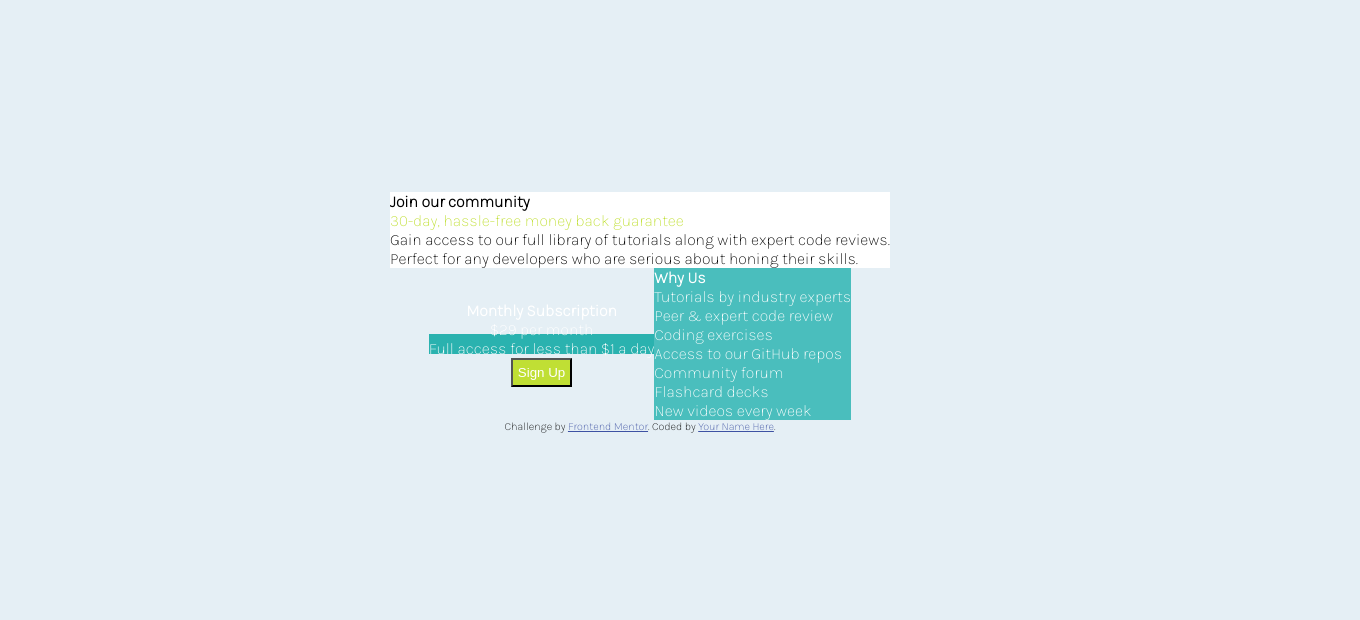
Repository: jminervino/PriceGridComponent
Page: index.html
The author's editor kept a copy of each file at every save. The page is drawn from the files as they stood at one save, then again after a run of saves.
The browser window is 1280 px wide. The page is 1360 px wide, so the pictures cover 1360 px, including what lies to the right of the window. The pictures show the whole page.

Above is the page before, as saved 2022-02-06 00:19:33.

### index.html
<!DOCTYPE html>
<html lang="en">
<head>
  <meta charset="UTF-8">
  <meta name="viewport" content="width=device-width, initial-scale=1.0"> <!-- displays site properly based on user's device -->

  <link rel="icon" type="image/png" sizes="32x32" href="./images/favicon-32x32.png">
  <link rel="stylesheet" href="style.css">

  <title>Frontend Mentor | Single Price Grid Component</title>

  <!-- Feel free to remove these styles or customise in your own stylesheet 👍 -->
  <style>
    .attribution { font-size: 11px; text-align: center; }
    .attribution a { color: hsl(228, 45%, 44%); }
  </style>
</head>
<body>
    <div class="container">
        <div class="sub-container-one">
            <p class="main-line">Join our community</p>

            <p class="text-yellow">30-day, hassle-free money back guarantee</p>

            <p>
                Gain access to our full library of tutorials along with expert code reviews. <br>
                Perfect for any developers who are serious about honing their skills.
            </p>
        </div>
        <div class="sub-container-two">
            <div class="box-one">
                <p class="main-line">Monthly Subscription</p>

                <p>&dollar;29 per month</p>

                <p>Full access for less than &dollar;1 a day</p>

                <button>Sign Up</button>
            </div>
            <div class="box-two">
                <p class="main-line">Why Us</p>
                <p>
                    Tutorials by industry experts <br>
                    Peer &amp; expert code review <br>
                    Coding exercises <br>
                    Access to our GitHub repos <br>
                    Community forum <br>
                    Flashcard decks <br>
                    New videos every week <br>
                </p>

            </div>
        </div>
    </div>
  <footer>
    <p class="attribution">
      Challenge by <a href="https://www.frontendmentor.io?ref=challenge" target="_blank">Frontend Mentor</a>.
      Coded by <a href="#">Your Name Here</a>.
    </p>
  </footer>
</body>
</html>

### style.css
@import url('https://fonts.googleapis.com/css2?family=Karla:ital,wght@0,200;1,200&family=Open+Sans+Condensed:wght@300&family=Quicksand:wght@300;400;500;600;700&display=swap');

* {
    margin: 0;
    padding: 0;
}

body {
    background-color: hsl(204, 43%, 93%);
    display: flex;
    align-items: center;
    justify-content: center;
    font-family: "Karla", sans-serif;
    font-size: 16px;
    font-weight: 400;
    flex-direction: column;
}

button {
    background-color: hsl(71, 73%, 54%);
    color: white;
    padding: 5px;
}

.container {
    display: flex;
    align-items: center;
    justify-content: center;
    flex-direction: column;
    margin-top: 15%;
    width: 1440px;
}

.main-line {
    font-weight: 700;
}

.sub-container-one {
    background-color: white;
}

.sub-container-two {
    display: flex;
    align-items: center;
    justify-content: center;
    color: white;
    width: 1440px;
}

.text-yellow {
    color: hsl(71, 73%, 54%);
}

.box-one {
    display: flex;
    align-items: center;
    justify-content: center;
    flex-direction: column;
    background-color: hsl(179, 62%, 43%);
    height: 20px;
}

.box-two {

    background-color: #4abebd;
}

After the next 2 saves:
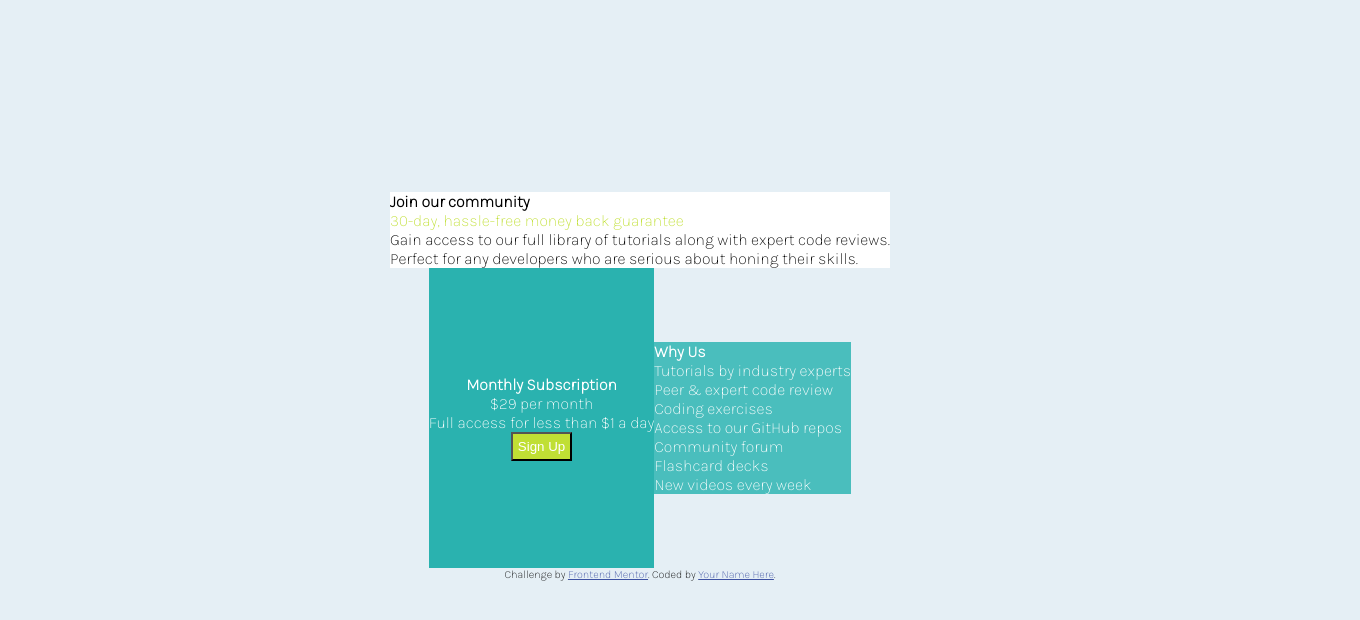
The 2 saves are shown as one change because they came seconds apart.
The last was saved 8 s later.
--- a/style.css
+++ b/style.css
@@ -57,7 +57,7 @@ button {
     justify-content: center;
     flex-direction: column;
     background-color: hsl(179, 62%, 43%);
-    height: 20px;
+    height: 300px;
 }
 
 .box-two {
